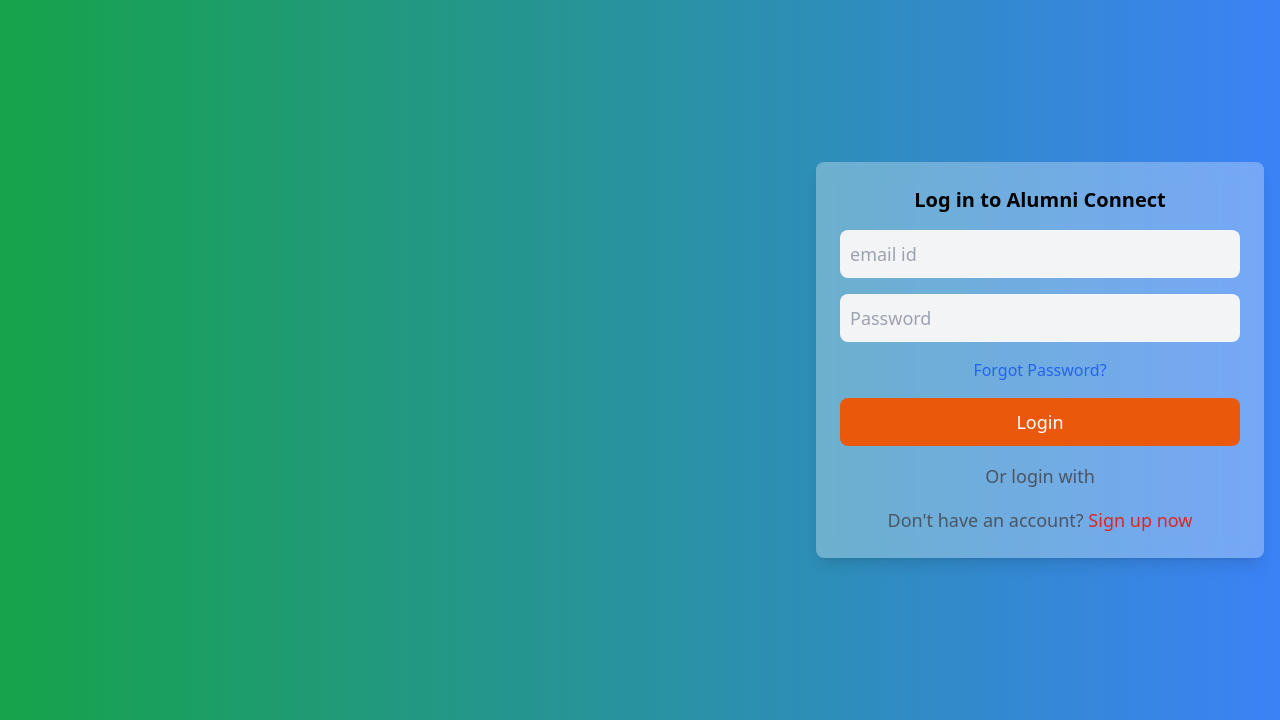
Repository: ptsdpatient/SIH24
Page: /login (app in frontend/)
The author's editor kept a copy of each file at every save. The page is drawn from the files as they stood at one save, then again after a run of saves.
The browser window is 1280 px wide. The pictures show the whole page.
The page's requests for data from a server got no answer. Some web libraries are served in a nearby version. The project was rebuilt for these pictures with package versions that can differ from the ones it lists, and the page was loaded fresh each time. The framework's server and built-in components were replaced by stand-ins that run in the browser. No one was signed in, and anything a server would have sent is missing.

Above is the page before, as saved 2024-09-14 16:00:45.

### frontend/src/app.html
<!doctype html>
<html lang="en">
	<head>
		<script src="https://accounts.google.com/gsi/client" async defer></script>
		<script src="https://cdn.tailwindcss.com"></script>

		<meta charset="utf-8" />
		<link rel="icon" href="%sveltekit.assets%/favicon.png" />
		<meta name="viewport" content="width=device-width, initial-scale=1" />
		%sveltekit.head%
	</head>
	<body data-sveltekit-preload-data="hover">
		<div style="display: contents">%sveltekit.body%</div>
	</body>
</html>

### frontend/src/routes/login/+page.svelte
<script>
    import {onMount} from 'svelte'
    const apiKey = import.meta.env.VITE_API_KEY;

    let email = '';
    let password = '';
    let enableTokenDebugging = false;


    async function authenticateToken(token){
        try{
            const response = await fetch((apiKey+'authenticateToken'), {
                method: 'GET',
                headers: {
                    'Content-Type': 'application/json',
                    'Authorization': `Bearer ${token}`
                },

            })

            const data = await response.json();

            if(data.auth){
              window.location.href = data.admin?'/admin':'/home'
            }

        }catch(err){
            alert("your session has expired, please login again")
        }
    }

    async function handleLogin() {
      const loginData = {
        email: email,
        password: password
      };

      try {
        const response = await fetch((apiKey+'login'), {
          method: 'POST',
          headers: {
          'Content-Type': 'application/json'
          },
          body: JSON.stringify(loginData),
        });

        if (!response.ok) {
          alert("failed")
          throw new Error('Login failed');
        }


        const data = await response.json();

        if(data.token) {
          localStorage.setItem('token', data.token);
        }

        if(data.user.isAdmin>0)admin=true

        window.location.href = '/home'

        console.log('Login successful:', data);
      } catch (error) {
        console.error('Error during login:', error);
      }
    }


    onMount(()=>{
         const token = localStorage.getItem('token');
         if(token) {
            authenticateToken(token)
         }
    })

  </script>


<div class="flex flex-col md:flex-row justify-end bg-gradient-to-r from-green-600 to-blue-500" style="width:100vw;height:100svh">

    <div class=" absolute md:relative flex items-center justify-center p-4">
        <div class="bg-white bg-opacity-30 backdrop-blur rounded-lg shadow-lg p-6 max-w-md w-full animate-fadeIn">
            <p id="login" class="text-center text-xl font-semibold">Log in to Alumni Connect</p>
            <div action="" class="mt-4">
                <input bind:value={email} type="email" id="username" name="username" placeholder="email id"  required class="w-full p-2.5 mb-4 border-none rounded-lg text-lg bg-gray-100 outline-none">
                <input bind:value={password} type="password" id="password" name="password" placeholder="Password" required class="w-full p-2.5 mb-4 border-none rounded-lg text-lg bg-gray-100 outline-none">
                <p class="text-gray-600 text-center mb-4">
                    <a href="forgot_password.html" class="text-blue-600">Forgot Password?</a>
                </p>


                <button on:click={()=>handleLogin()} class="w-full p-2.5 mb-4 border-none rounded-lg text-lg bg-orange-600 text-white cursor-pointer">Login</button>


                <p id="suggest" class="text-gray-600 text-center text-lg mb-4">Or login with</p>

                <div class="flex flex-wrap justify-between">

                </div>

                <p id="suggest" class="text-gray-600 text-center text-lg">Don't have an account?
                    <a href="login.svelte" id="signup" class="text-red-600">Sign up now</a>
                </p>
              </div>
        </div>
    </div>




</div>

After the next 4 saves:
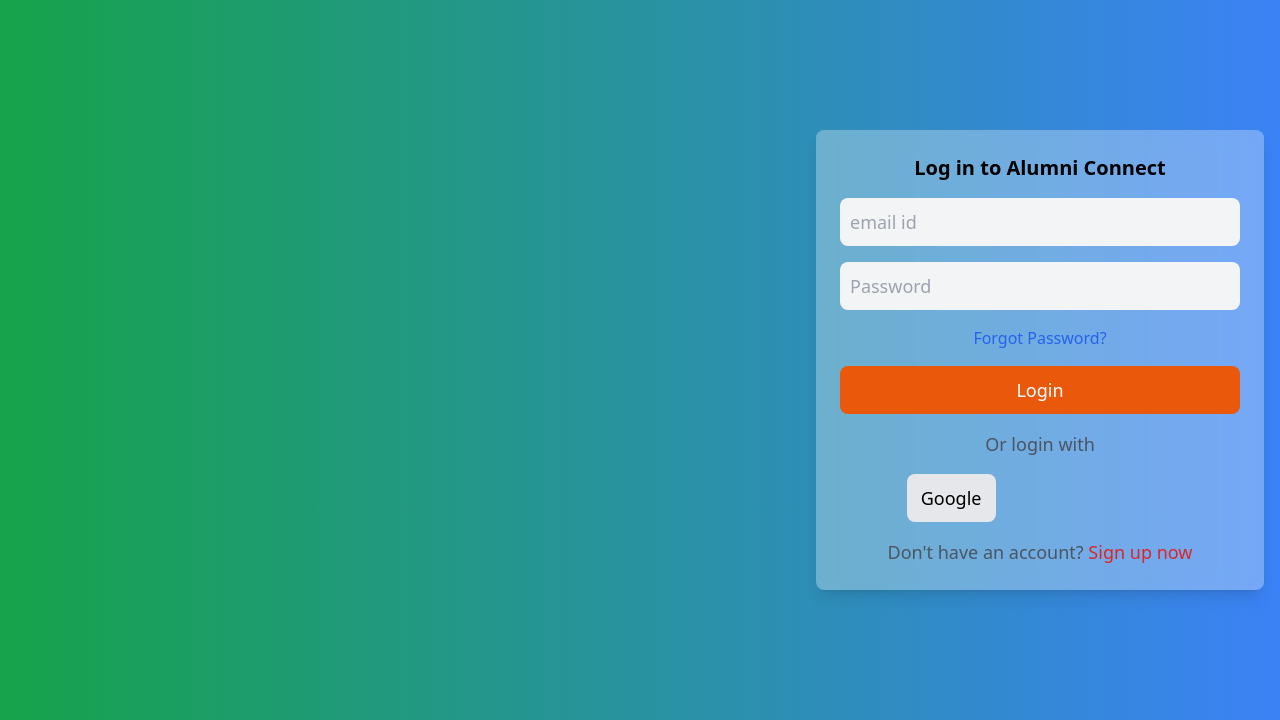
The 4 saves are shown as one change because they came seconds apart.
The last was saved 12 s later.
--- a/frontend/src/routes/login/+page.svelte
+++ b/frontend/src/routes/login/+page.svelte
@@ -95,8 +95,10 @@
 
                 <p id="suggest" class="text-gray-600 text-center text-lg mb-4">Or login with</p>
 
-                <div class="flex flex-wrap justify-between">
-
+                <div class="w-2/3 mx-auto flex flex-wrap justify-between">
+                  <button class="w-1/3 p-2.5 mb-4 border-none rounded-lg text-lg bg-gray-200 flex items-center justify-center">
+                    <img src="" alt=""> Google
+                  </button>
                 </div>
 
                 <p id="suggest" class="text-gray-600 text-center text-lg">Don't have an account?
